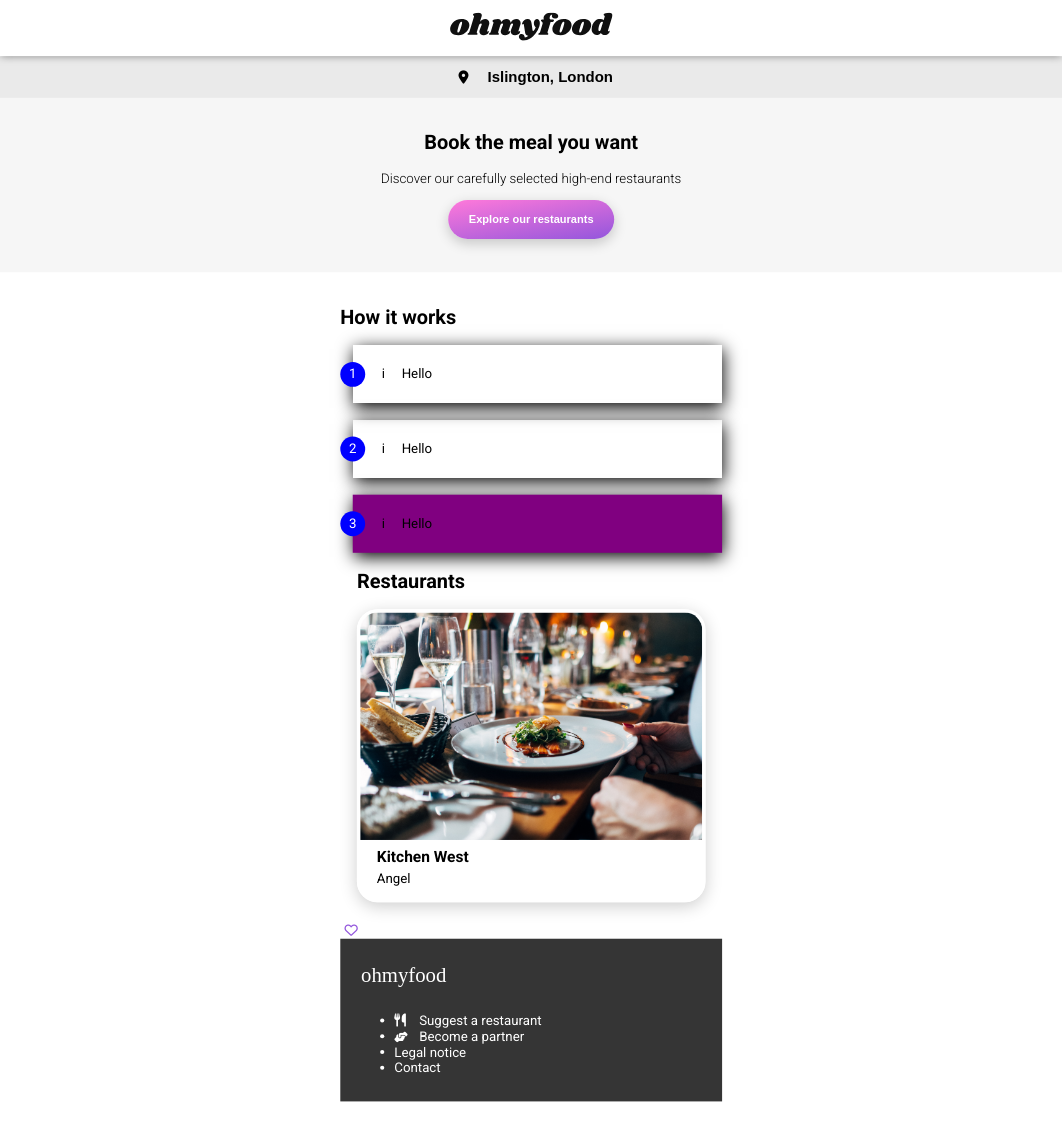
Repository: R1ptou/Project-3
Page: index.html
The author's editor kept a copy of each file at every save. The page is drawn from the files as they stood at one save, then again after the next save.
The browser window is 1280 px wide. The pictures show the whole page, at 83% of full size.
Some web fonts or font styles are not loaded; a fallback is used. The style sheet was rebuilt from its Sass, Less or Tailwind sources for each picture, by a compiler version that may differ from the author's.

Above is the page before, as saved 2024-03-25 11:23:34.

After the next save:
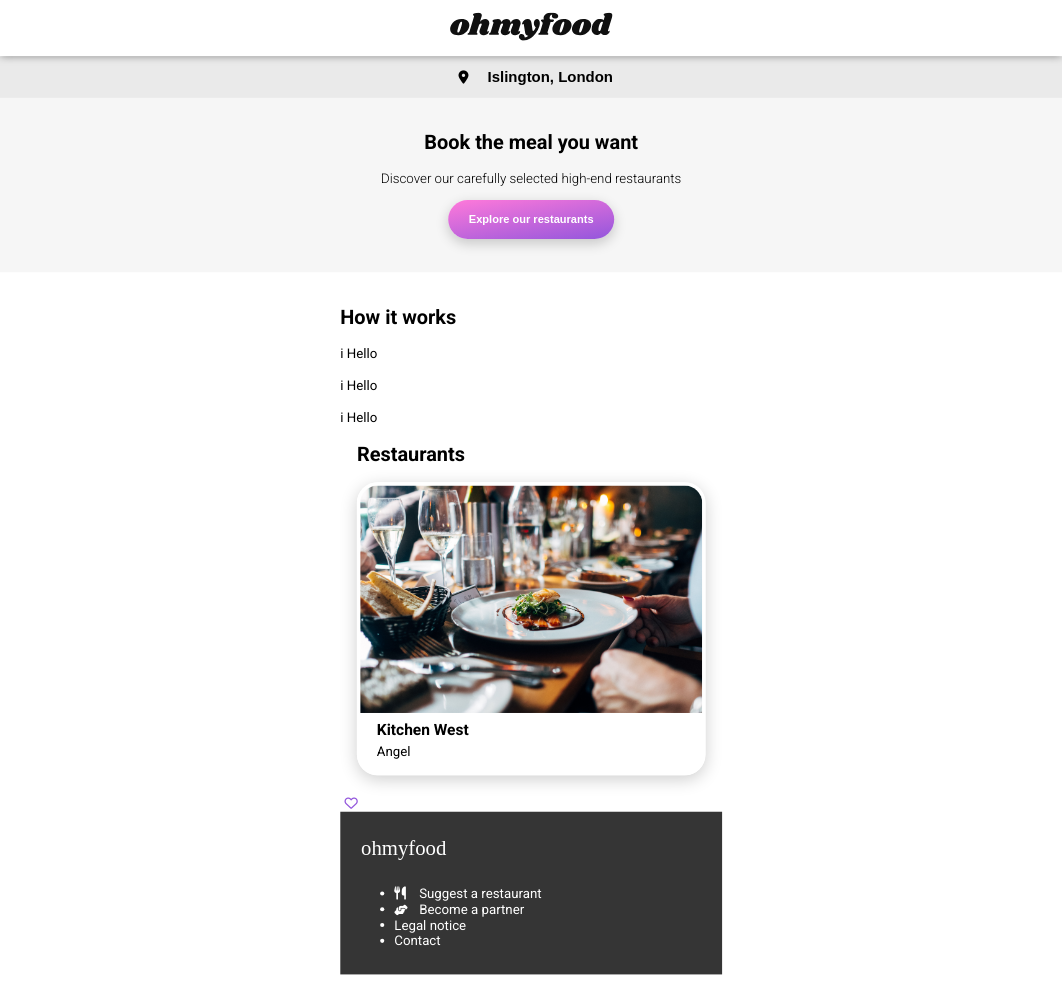
Saved 43 s later.
--- a/scss/_list-group.scss
+++ b/scss/_list-group.scss
@@ -7,7 +7,7 @@
 	counter-reset: my-awesome-counter;
 
 	// Element pattern "BLOCK-NAME__ELEMENT-NAME"
-	.choice-list-group__item {
+	.list-group__item {
 		margin-left: 15px; // offset number margin
 		padding: 20px 20px 20px 0;
 		display: flex;
@@ -30,17 +30,17 @@
 		}
 
 		// Modifer pattern "BLOCK-NAME__ELEMENT-NAME--MODIFER"
-		&.choice-list-group__item--active {
+		&.list-group__item--active {
 			background-color: purple;
 
-			.choice-list-group__number {
+			.list-group__number {
 				background-color: black;
 			}
 		}
 	}
 
 	// Element
-	.choice-list-group__number {
+	.list-group__number {
 		background-color: blue;
 		height: 25px;
 		width: 25px;
